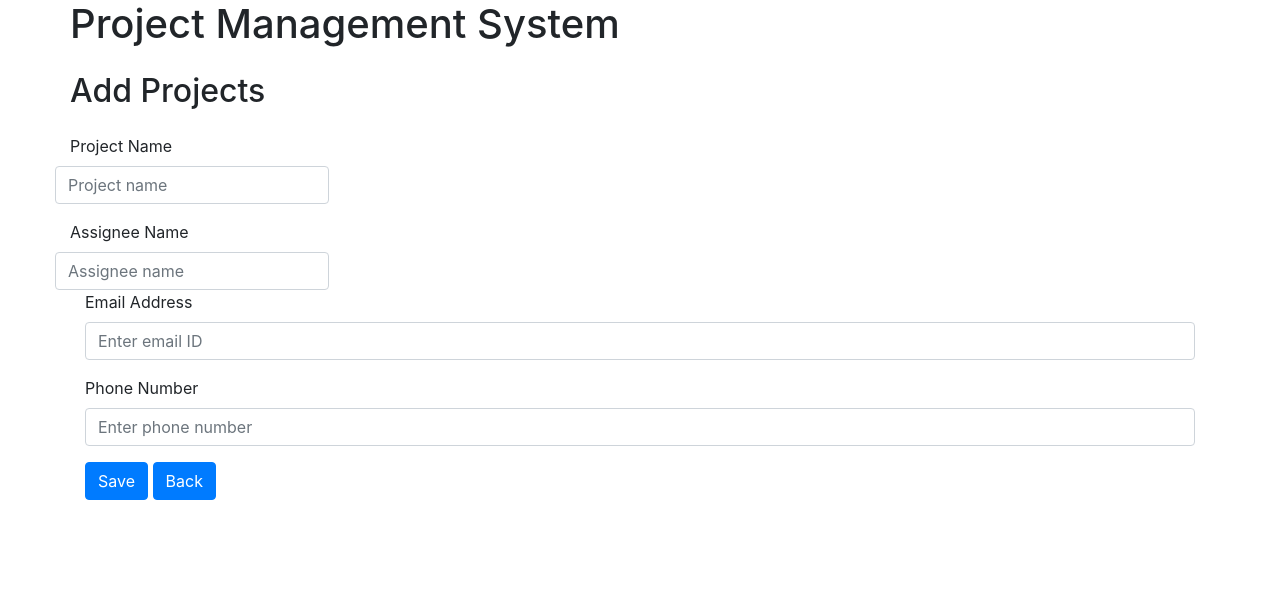
Repository: ajmins/Project-Management-System
Page: http://localhost/addProject
An editor plug-in stored every save of this project. The page is shown before and after a run of saves, followed by the edit.
The browser window is 1280 px wide. The pictures show the whole page.
The page is this project's Thymeleaf template; nobody is signed in. The template is opened directly, without the code that normally fills it, so the values that code supplies are empty.

Above is the page before, as saved 2023-01-06 06:43:37.

### ProjectManagement/src/main/resources/templates/addProject.html
<!DOCTYPE html>
<html xmlns:th="http://www.thymeleaf.org">
<head>
<meta charset="ISO-8859-1">
<title>Add User</title>
<link rel="stylesheet"
	href="https://cdn.jsdelivr.net/npm/bootstrap@4.0.0/dist/css/bootstrap.min.css"
	integrity="sha384-Gn5384xqQ1aoWXA+058RXPxPg6fy4IWvTNh0E263XmFcJlSAwiGgFAW/dAiS6JXm"
	crossorigin="anonymous">
</head>
<body>

<div class ="container">

		<div class = "row">
			<h1> Project Management System</h1>
		</div>
		<div class = "row mt-3 "> <br>
			<h2> Add Projects</h2>
		</div>
		<div class ="row mt-3">
		<form th:action="@{/saveProject}" th:object="${projects}" method="post">
			<div class="form-group">
			<label>Project Name</label> <br>
				<div class="row">
				      <input type="text" th:field="*{projectName}" class="form-control" placeholder="Project name">
			  	</div>
			</div>
			<label>Assignee Name</label> <br>
				<div class="row">
				      <input type="text" th:field="*{assigneeName}" class="form-control" placeholder="Assignee name">
			  	</div>
			</div>
		  <div class="form-group">
		    <label for="exampleInputEmail1">Email Address</label>
		    <input type="email" th:field="*{emailID}" class="form-control" id="exampleInputEmail1" placeholder="Enter email ID">

		  </div>
		  <div class="form-group">
		    <label for="exampleInputPhone1">Phone Number</label>
		    <input type="number" th:field="*{phoneNumber}" class="form-control" id="exampleInputPhone1" placeholder="Enter phone number">
		  </div>


		  <button type="submit" class="btn btn-primary">Save</button>
		  <a th:href ="@{/persons}" class="btn btn-primary">Back</a>
		</form>
		</div>


</div>
</body>
</html>

After the next 2 saves:
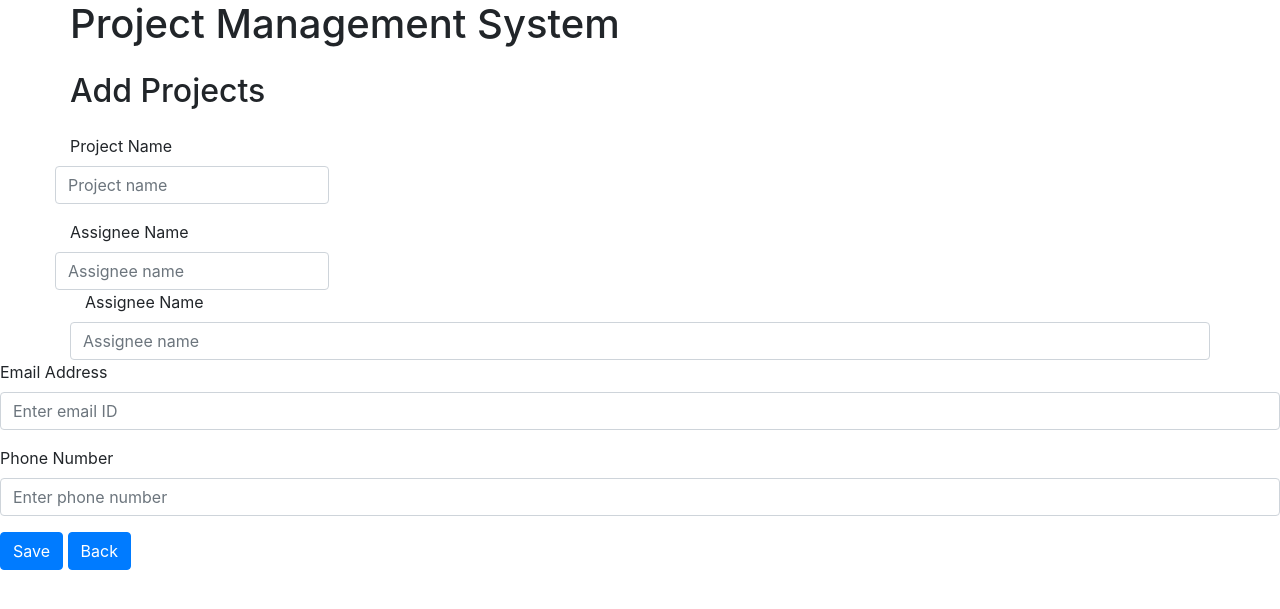
The 2 saves are shown as one change because they came seconds apart.
The last was saved 2 min 24 s later.
--- a/ProjectManagement/src/main/resources/templates/addProject.html
+++ b/ProjectManagement/src/main/resources/templates/addProject.html
@@ -31,6 +31,11 @@
 				      <input type="text" th:field="*{assigneeName}" class="form-control" placeholder="Assignee name">
 			  	</div>
 			</div>
+			<label>Assignee Name</label> <br>
+				<div class="row">
+				      <input type="text" th:field="*{assigneeName}" class="form-control" placeholder="Assignee name">
+			  	</div>
+			</div>
 		  <div class="form-group">
 		    <label for="exampleInputEmail1">Email Address</label>
 		    <input type="email" th:field="*{emailID}" class="form-control" id="exampleInputEmail1" placeholder="Enter email ID">
